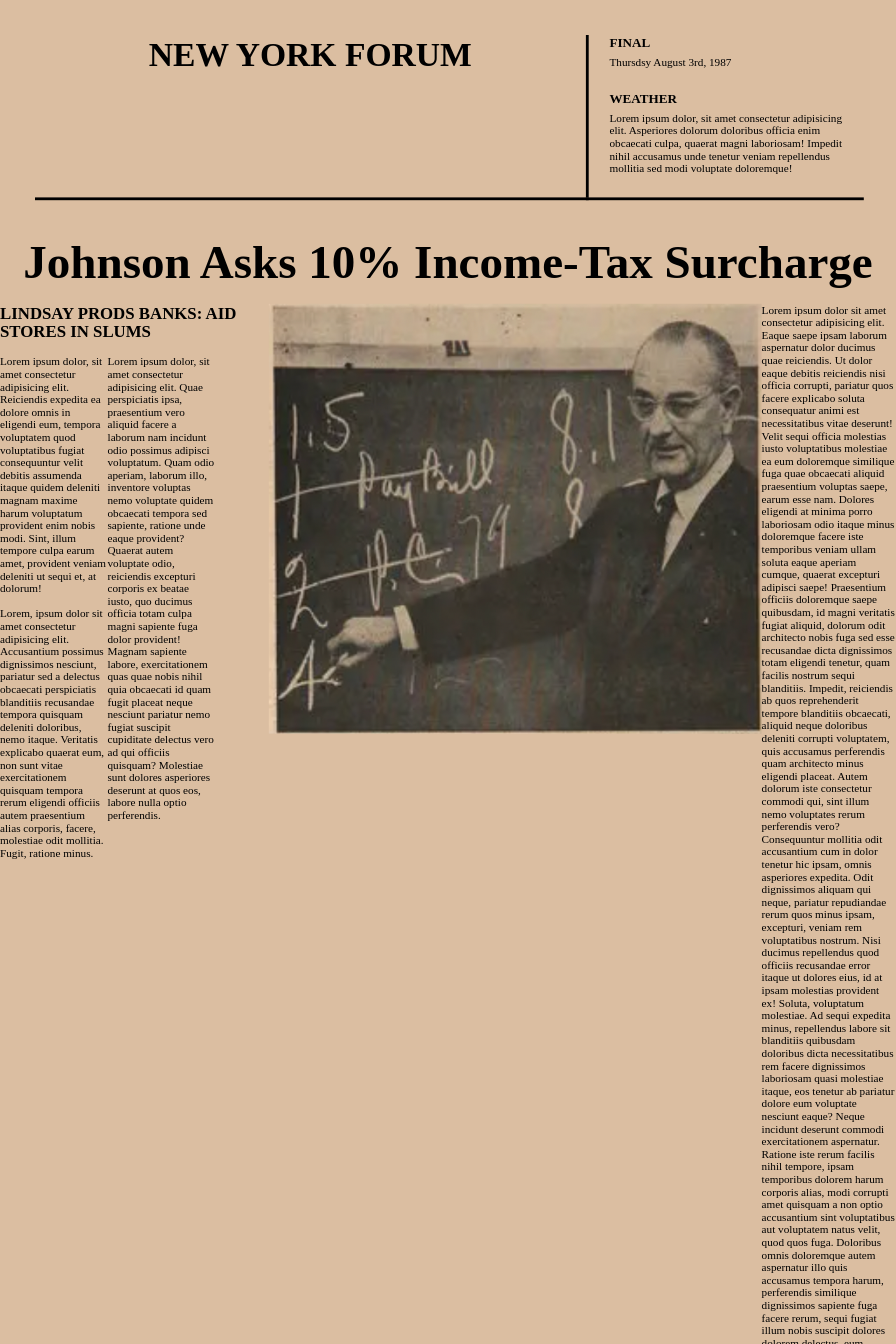
Repository: Arkitecth/newspaper-grid
Page: index.html
The author's editor kept a copy of each file at every save. The page is drawn from the files as they stood at one save, then again after the next save.
The browser window is 1280 px wide. The pictures show the part of the page from y = 0 to 1920 px (the page is 3062 px tall), at 70% of full size.

Above is the page before, as saved 2023-05-29 17:38:18.

### index.html
<!DOCTYPE html>
<html lang="en">
<head>
    <meta charset="UTF-8">
    <meta http-equiv="X-UA-Compatible" content="IE=edge">
    <meta name="viewport" content="width=device-width, initial-scale=1.0">
    <link rel="stylesheet" href="styles.css">
    <title>News Paper</title>
</head>
<body>
    <header id="header">
        <div>
            <h1>New York Forum</h1>
        </div>
        <div class="aside">
            <h3>Final</h3>
            <p>Thursdsy August 3rd, 1987</p>

            <h3>Weather</h3>
            <p>Lorem ipsum dolor, sit amet consectetur adipisicing elit. Asperiores dolorum doloribus officia enim obcaecati culpa, quaerat magni laboriosam! Impedit nihil accusamus unde tenetur veniam repellendus mollitia sed modi voluptate doloremque!</p>
        </div>
        <div class="divider"></div>
        <div class="divider"></div>
    </header>
    <main>
        <h2>Johnson Asks 10% Income-Tax Surcharge</h2>
        <div class="grid-container">
            <div class="left-content">
                <h3>Lindsay Prods Banks: Aid Stores in Slums</h3>
                <div class="grid-container">
                    <div class="left">
                        <p>Lorem ipsum dolor, sit amet consectetur adipisicing elit. Reiciendis expedita ea dolore omnis in eligendi eum, tempora voluptatem quod voluptatibus fugiat consequuntur velit debitis assumenda itaque quidem deleniti magnam maxime harum voluptatum provident enim nobis modi. Sint, illum tempore culpa earum amet, provident veniam deleniti ut sequi et, at dolorum!</p>
                        <br>
                        <p>Lorem, ipsum dolor sit amet consectetur adipisicing elit. Accusantium possimus dignissimos nesciunt, pariatur sed a delectus obcaecati perspiciatis blanditiis recusandae tempora quisquam deleniti doloribus, nemo itaque. Veritatis explicabo quaerat eum, non sunt vitae exercitationem quisquam tempora rerum eligendi officiis autem praesentium alias corporis, facere, molestiae odit mollitia. Fugit, ratione minus.</p>
                    </div>
                    <div class="right">
                        <p>Lorem ipsum dolor, sit amet consectetur adipisicing elit. Quae perspiciatis ipsa, praesentium vero aliquid facere a laborum nam incidunt odio possimus adipisci voluptatum. Quam odio aperiam, laborum illo, inventore voluptas nemo voluptate quidem obcaecati tempora sed sapiente, ratione unde eaque provident? Quaerat autem voluptate odio, reiciendis excepturi corporis ex beatae iusto, quo ducimus officia totam culpa magni sapiente fuga dolor provident! Magnam sapiente labore, exercitationem quas quae nobis nihil quia obcaecati id quam fugit placeat neque nesciunt pariatur nemo fugiat suscipit cupiditate delectus vero ad qui officiis quisquam? Molestiae sunt dolores asperiores deserunt at quos eos, labore nulla optio perferendis.</p>
                    </div>
                </div>
            </div>

            <div class="middle-content">
                <img src="assets/teacher.png" alt="teacher teaching stuff">
            </div>

            <div class="right-content">
                <p>Lorem ipsum dolor sit amet consectetur adipisicing elit. Eaque saepe ipsam laborum aspernatur dolor ducimus quae reiciendis. Ut dolor eaque debitis reiciendis nisi officia corrupti, pariatur quos facere explicabo soluta consequatur animi est necessitatibus vitae deserunt! Velit sequi officia molestias iusto voluptatibus molestiae ea eum doloremque similique fuga quae obcaecati aliquid praesentium voluptas saepe, earum esse nam. Dolores eligendi at minima porro laboriosam odio itaque minus doloremque facere iste temporibus veniam ullam soluta eaque aperiam cumque, quaerat excepturi adipisci saepe! Praesentium officiis doloremque saepe quibusdam, id magni veritatis fugiat aliquid, dolorum odit architecto nobis fuga sed esse recusandae dicta dignissimos totam eligendi tenetur, quam facilis nostrum sequi blanditiis. Impedit, reiciendis ab quos reprehenderit tempore blanditiis obcaecati, aliquid neque doloribus deleniti corrupti voluptatem, quis accusamus perferendis quam architecto minus eligendi placeat. Autem dolorum iste consectetur commodi qui,
                sint illum nemo voluptates rerum perferendis vero? Consequuntur mollitia odit accusantium cum in dolor tenetur hic ipsam, omnis asperiores expedita. Odit dignissimos aliquam qui neque, pariatur repudiandae rerum quos minus ipsam, excepturi, veniam rem voluptatibus nostrum. Nisi ducimus repellendus quod officiis recusandae error itaque ut dolores eius, id at ipsam molestias provident ex! Soluta, voluptatum molestiae. Ad sequi expedita minus, repellendus labore sit blanditiis quibusdam doloribus dicta necessitatibus rem facere dignissimos laboriosam quasi molestiae itaque, eos tenetur ab pariatur dolore eum voluptate nesciunt eaque? Neque incidunt deserunt commodi exercitationem aspernatur. Ratione iste rerum facilis nihil tempore, ipsam temporibus dolorem harum corporis alias, modi corrupti amet quisquam a non optio accusantium sint voluptatibus aut voluptatem natus velit, quod quos fuga. Doloribus omnis doloremque autem aspernatur illo quis accusamus tempora harum, perferendis similique dignissimos sapiente fuga facere rerum, sequi fugiat illum nobis suscipit dolores dolorem delectus, eum magnam! Dolores sequi ducimus, laborum libero maiores corrupti porro! Odio laborum mollitia dignissimos vel rem voluptates tempore dolore eius, reiciendis non similique eligendi consequatur facilis vero laboriosam fuga eos debitis architecto. Doloribus maiores, dolores maxime eum ipsam harum ipsum animi dolorem alias nulla quibusdam eaque odio id? Omnis corrupti atque ipsam minus, commodi reprehenderit nulla autem, itaque dignissimos tempora ut incidunt, officia dolorum harum aliquid enim! Quod mollitia suscipit ut impedit maiores delectus ipsum non iure, fuga reprehenderit itaque facilis similique voluptate dolores sint. Adipisci, obcaecati est commodi ullam officiis in? Eligendi, iste ut? Quam vel minima commodi, mollitia eum provident ex laboriosam itaque quae recusandae atque sit distinctio veritatis exercitationem alias doloremque debitis inventore accusantium perspiciatis ut cumque quis, nesciunt ducimus dolorum? Voluptate fugit excepturi soluta sed sunt perspiciatis. Harum nihil dolores magnam cumque quod sunt dicta hic consectetur perspiciatis, iste dolor iure quam modi facilis adipisci esse sapiente enim officiis, eius facere fuga ullam? Error, molestiae doloremque! Illum rerum nemo rem odio repudiandae, earum dolorum temporibus obcaecati accusamus pariatur dignissimos. Saepe officiis sed beatae aut obcaecati molestiae tenetur nostrum eum ad ipsam fuga dolores dolor veritatis culpa dolorum deserunt ipsa, fugit sit atque quibusdam. Ad porro maiores quis provident, ratione sint. Necessitatibus neque ullam sapiente aspernatur dolores ipsum at nulla. Et, qui consequatur! Ea unde accusamus doloremque!</p>
            </div>
        </div>
    </main>

</body>
</html>

### styles.css
* {
    padding: 0;
    margin: 0;
}

body {
    background-color: #dbbea1;
    max-width: 1500px;
}

h1,h3 {
    text-transform: uppercase;
}
#header {
    padding: 3.125rem;
    display: grid;
    grid-template-columns: 2fr 1fr;
}


#header h1 {
    text-align: center;
    font-size: 3rem;
}

h2 {
    text-align: center;
    width: 100%;
    font-size: 4.2rem;
}

.aside {
    border-left: 4px solid black;
    padding-left: 30px;
}

.aside p {
    padding-top: 0.5rem;
    margin-bottom: 2rem;
}

.divider {
    border: 2px solid black;
    width: 100%;
}

.grid-container{
    display: grid;
    grid-template-columns: 2fr 2fr 1fr;
    padding-top: 20px;
}

.left-content h3 {
    font-size: 1.5rem;
}

After the next save:
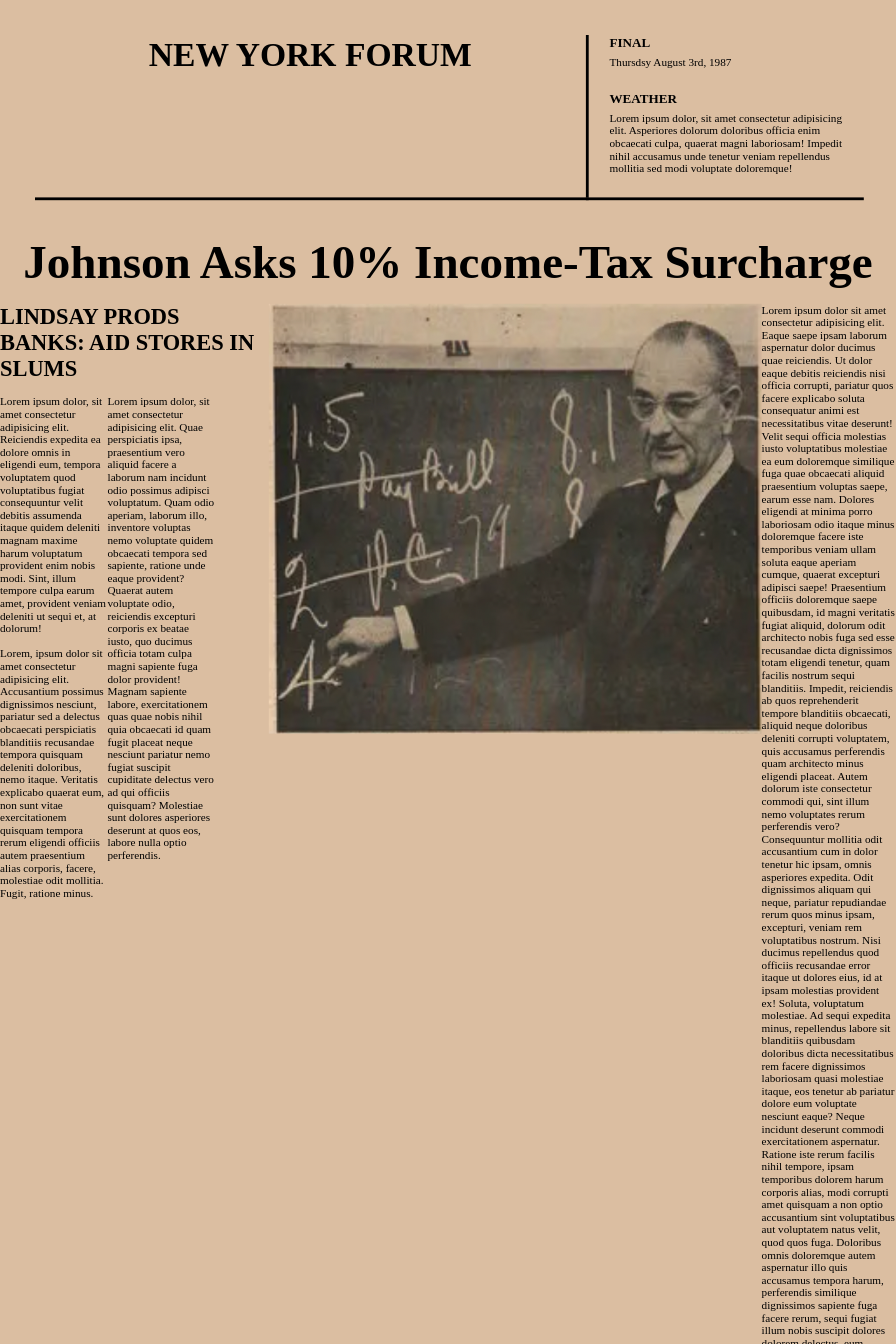
Saved 7 s later.
--- a/styles.css
+++ b/styles.css
@@ -51,5 +51,5 @@
 }
 
 .left-content h3 {
-    font-size: 1.5rem;
+    font-size: 2rem;
 }
